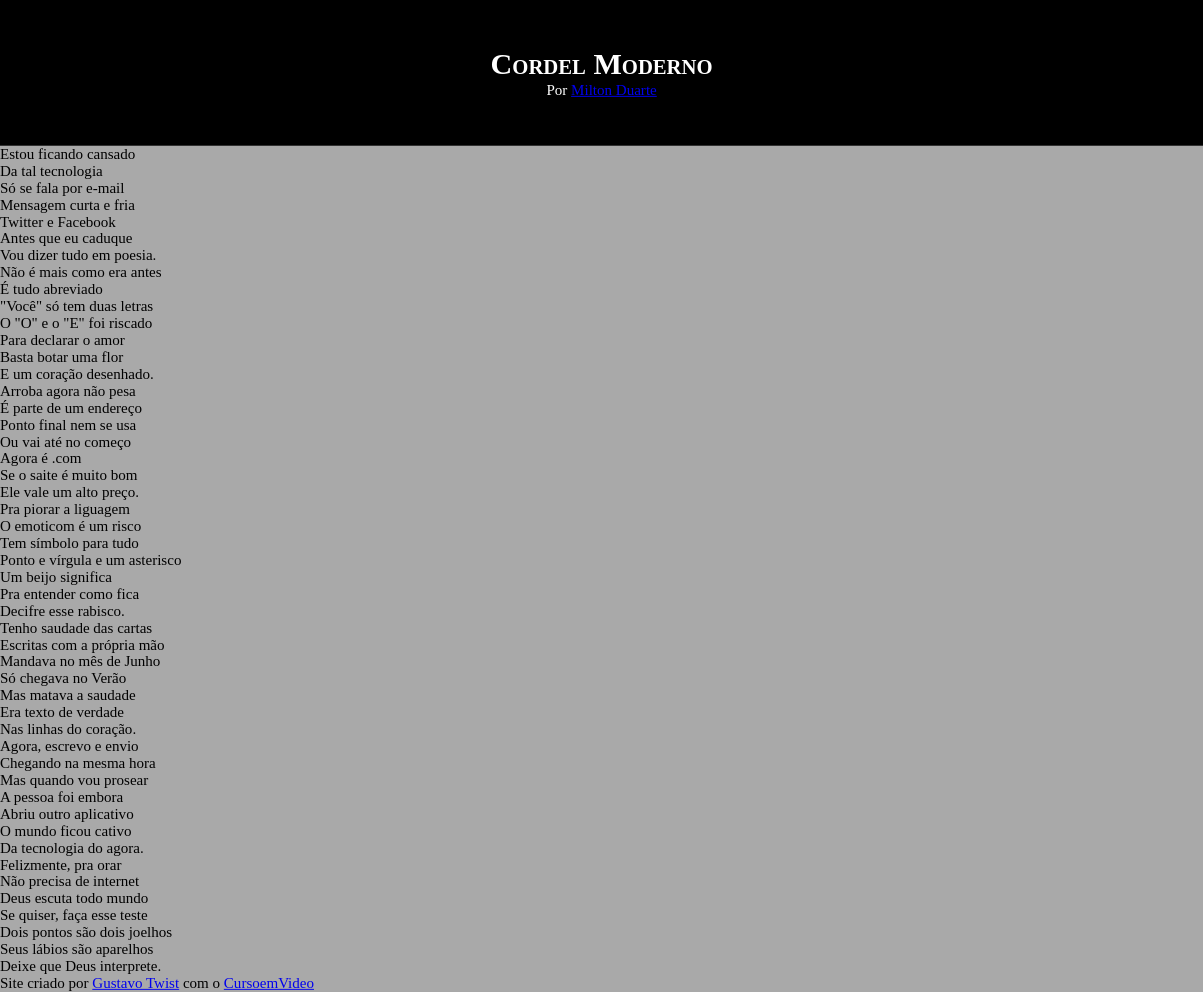
Repository: gustavotwist/projeto-cordel
Page: index.html
These files come from the project's save history. The page is drawn as it stood at one moment and after a run of saves; the edit follows.
The browser window is 1280 px wide. The pictures show the whole page, at 94% of full size.

Above is the page before, as saved 2024-04-19 13:46:26.

After the next 3 saves:
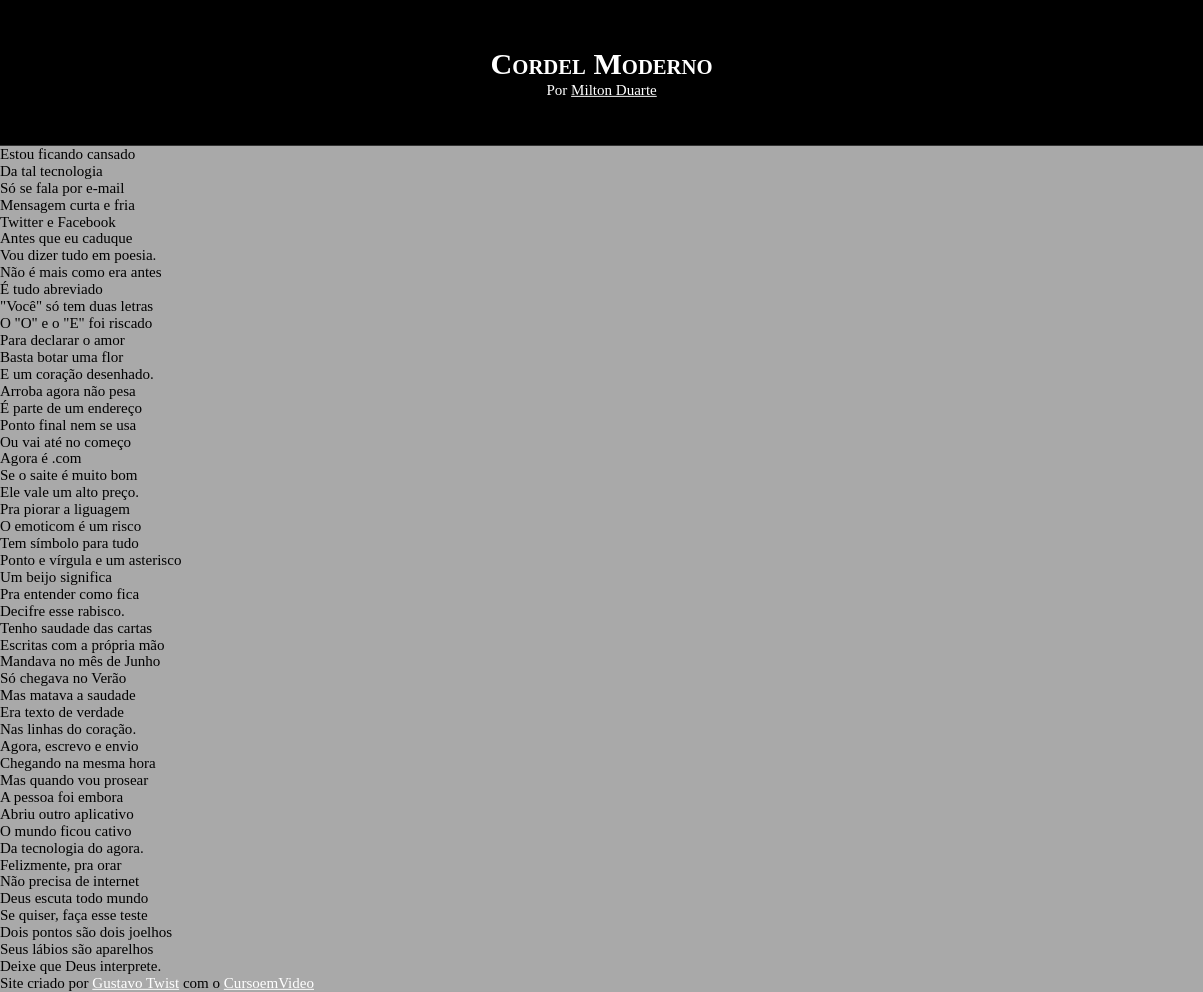
The 3 saves are shown as one change because they came seconds apart.
The last was saved 8 s later.
--- a/estilo/style.css
+++ b/estilo/style.css
@@ -26,5 +26,5 @@
 }
 
 a {
-    color
+    color: white;
 }

After the 3 saves that followed:
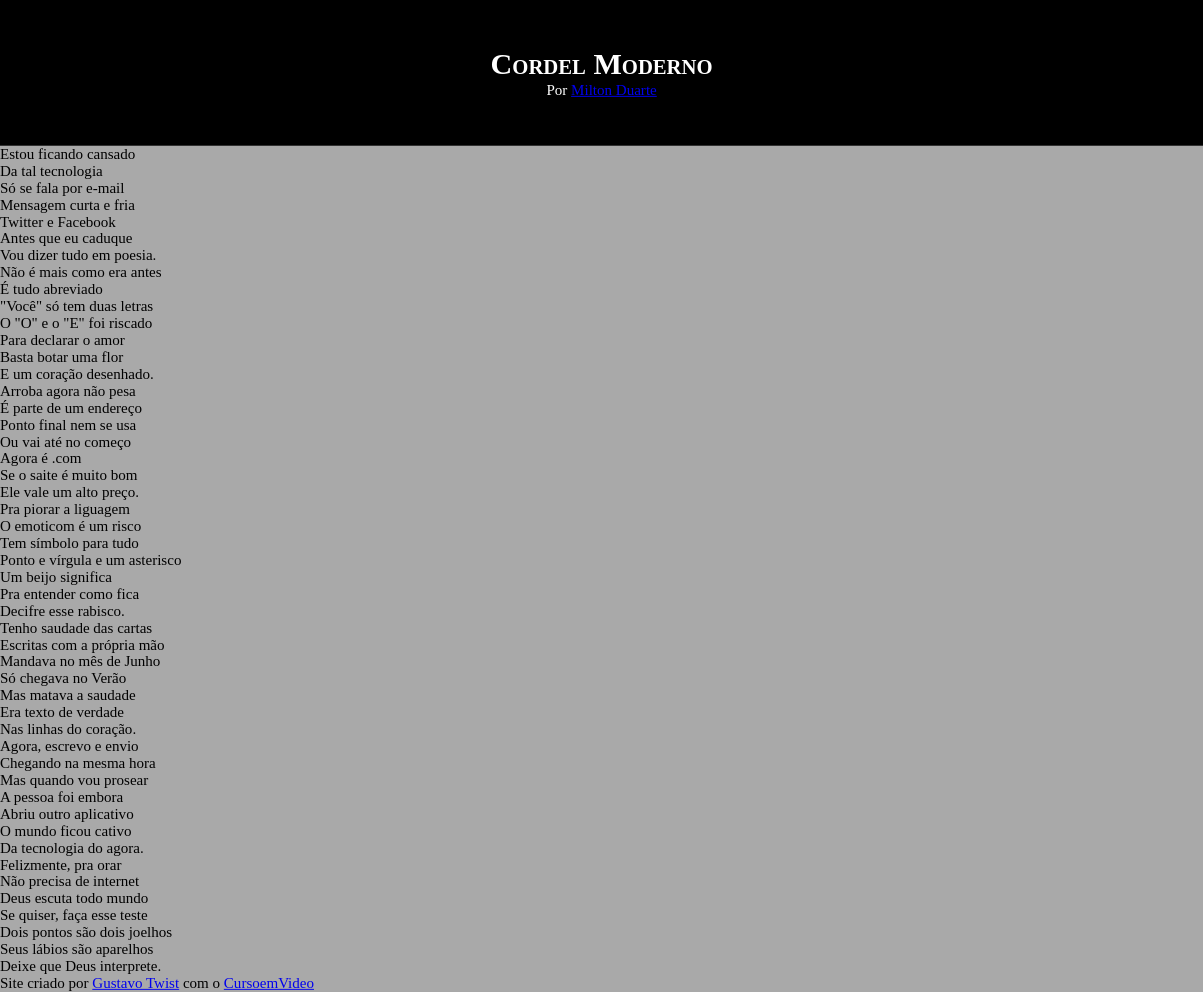
The 3 saves are shown as one change because 1 left the picture as it was and some came seconds apart.
The last was saved 20 s later.
--- a/estilo/style.css
+++ b/estilo/style.css
@@ -26,5 +26,6 @@
 }
 
 a {
-    color: white;
+    color: white
+    text;
 }
